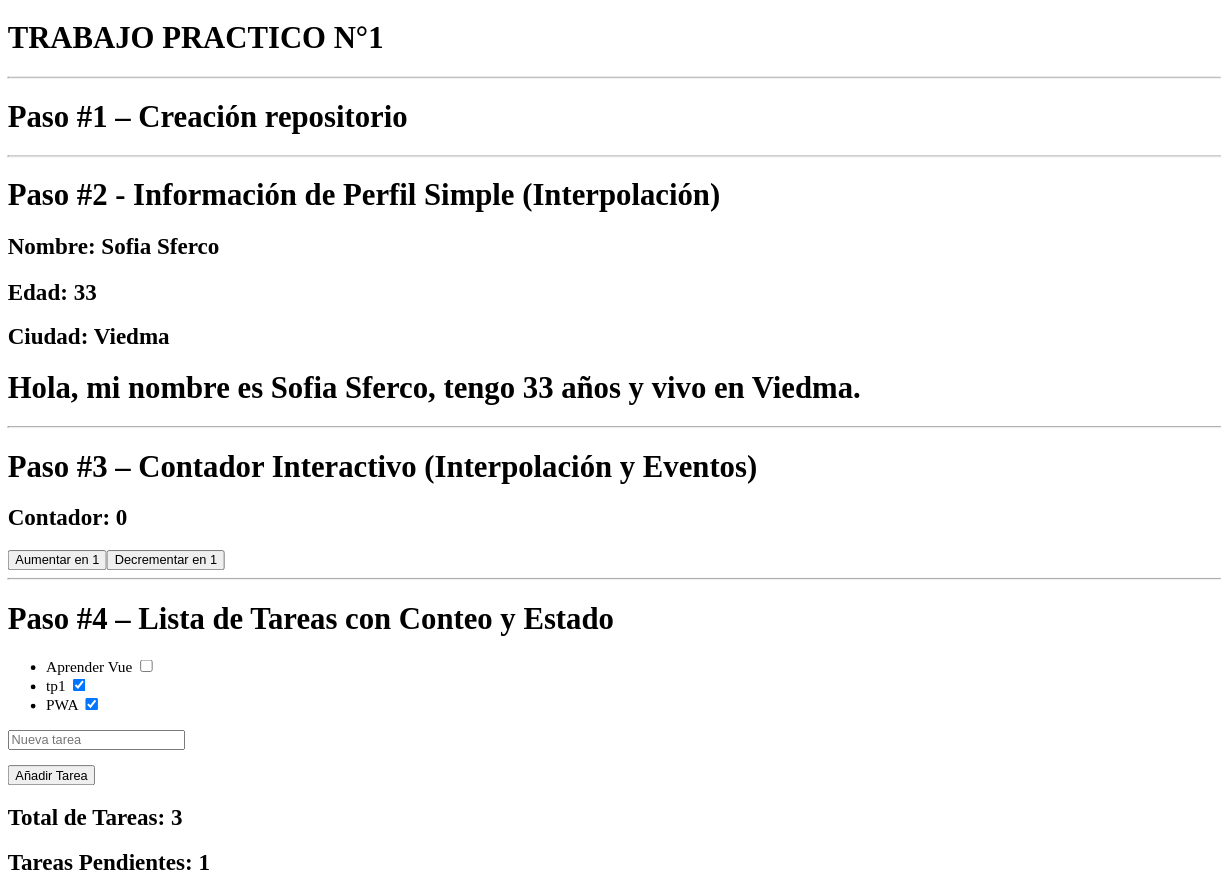
Repository: SofiaSferco/PWA-2026
Page: practico01/index.html
These files come from the project's save history. The page is drawn as it stood at one moment and after the next save; the edit follows.
The browser window is 1280 px wide. The pictures show the whole page, at 96% of full size.

Above is the page before, as saved 2026-09-10 02:09:06.

After the next save:
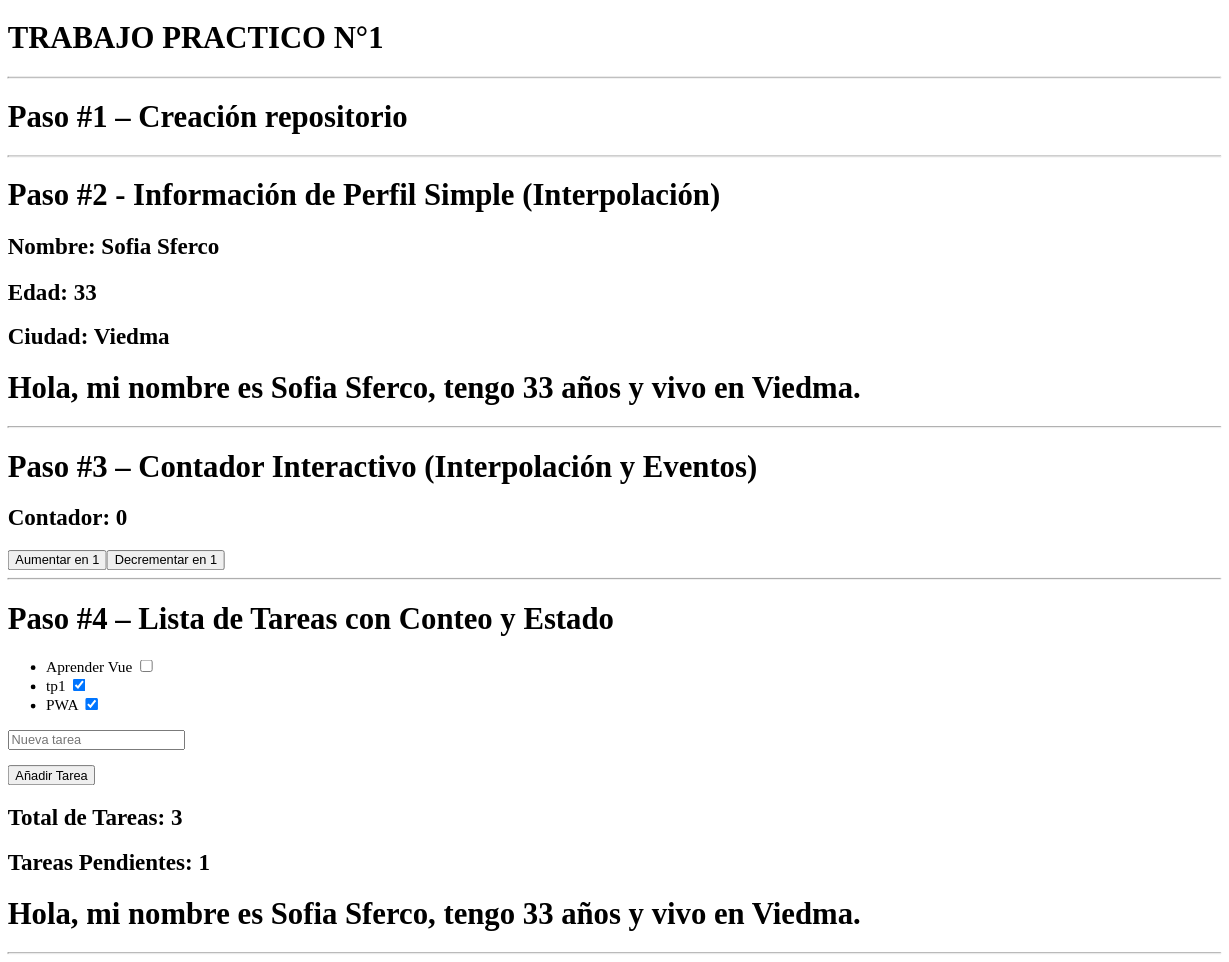
Saved 2 min 33 s later.
--- a/practico01/index.html
+++ b/practico01/index.html
@@ -35,7 +35,8 @@
         <button @click="agregarTarea">Añadir Tarea</button>
         <h2>Total de Tareas: {{totalTareas}}</h2>
         <h2>Tareas Pendientes: {{tareasPendientes.length}}</h2>
-
+        <h1>Hola, mi nombre es {{nombre}}, tengo {{edad}} años y vivo en {{ciudad}}.</h1>
+        <hr>
     </div>
     <script>
        var app= new Vue({
